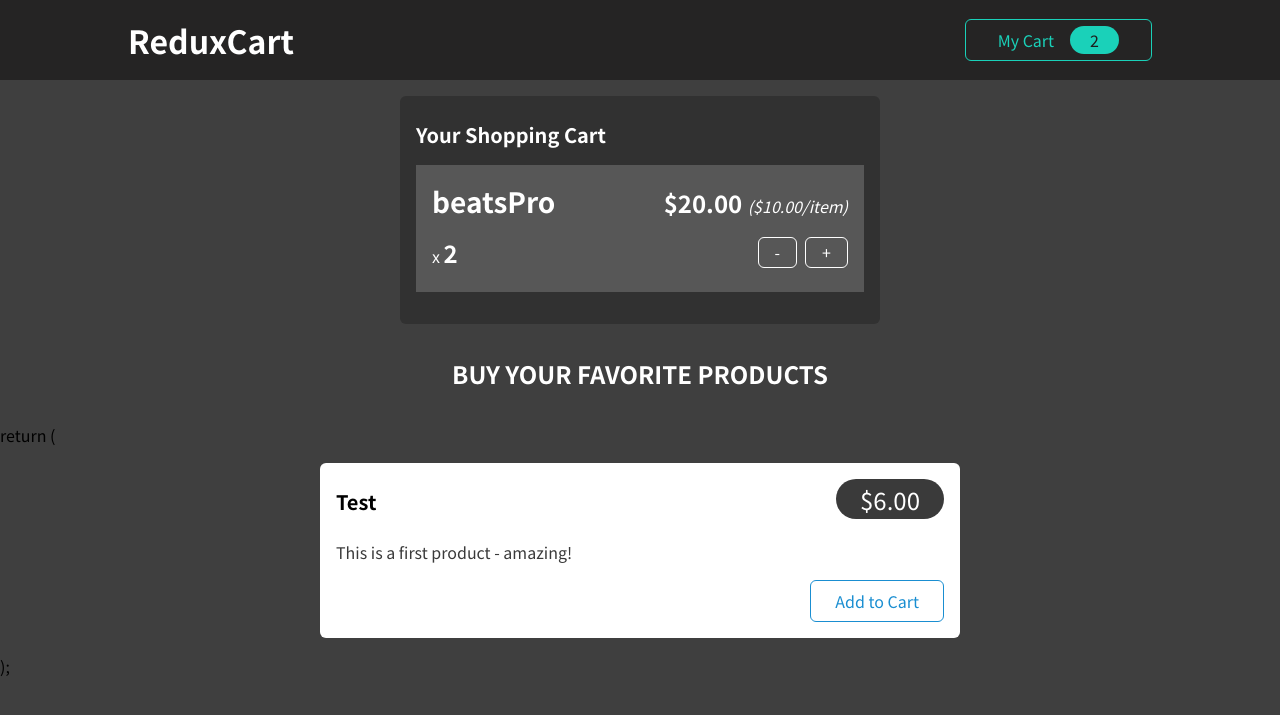
Repository: NamalPathirana/Redux-two-async
Page: /
An editor plug-in stored every save of this project. The page is shown before and after a run of saves, followed by the edit.
The browser window is 1280 px wide. The pictures show the whole page.
The project was rebuilt for these pictures with package versions that can differ from the ones it lists, and the page was loaded fresh each time.

Above is the page before, as saved 2022-04-13 16:46:31.

After the next 2 saves:
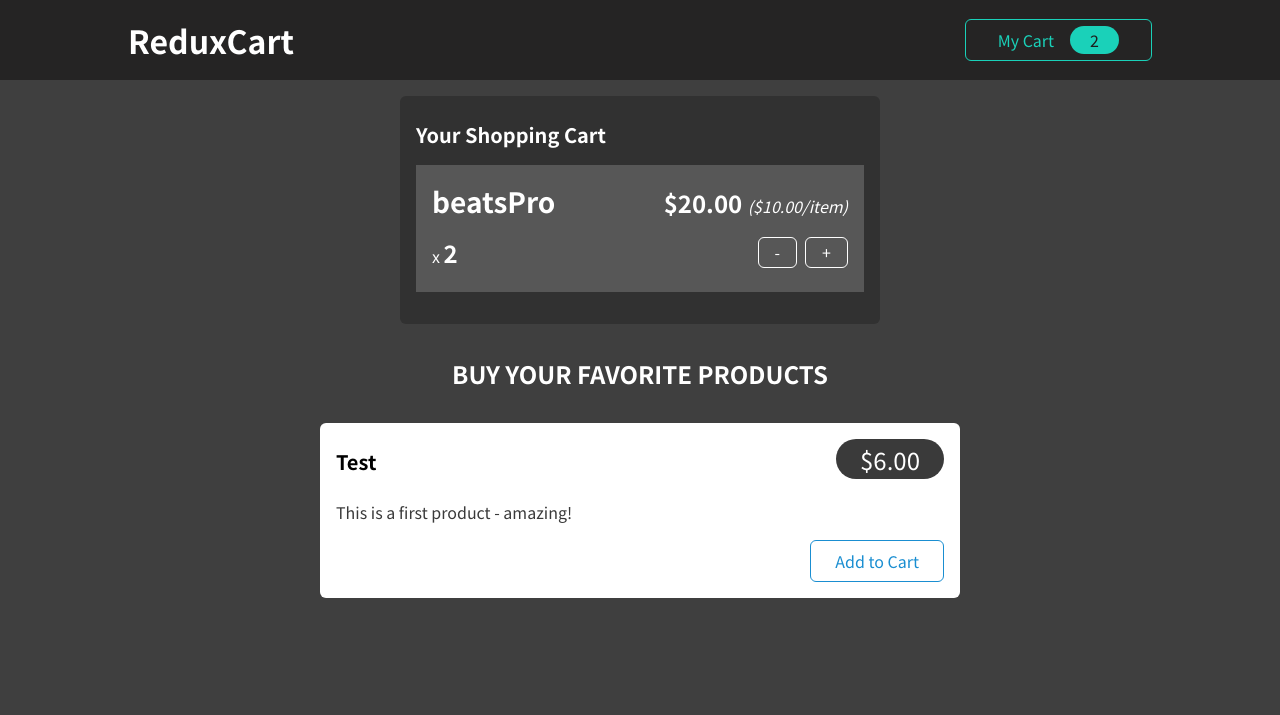
The 2 saves are shown as one change because they came seconds apart.
The last was saved 10 s later.
--- a/src/components/Shop/ProductItem.js
+++ b/src/components/Shop/ProductItem.js
@@ -6,7 +6,6 @@
 
   return (
     <li className={classes.item}>
-      return (
       <Card>
         <header>
           <h3>{title}</h3>
@@ -17,7 +16,6 @@
           <button>Add to Cart</button>
         </div>
       </Card>
-      );
     </li>
   );
 };
